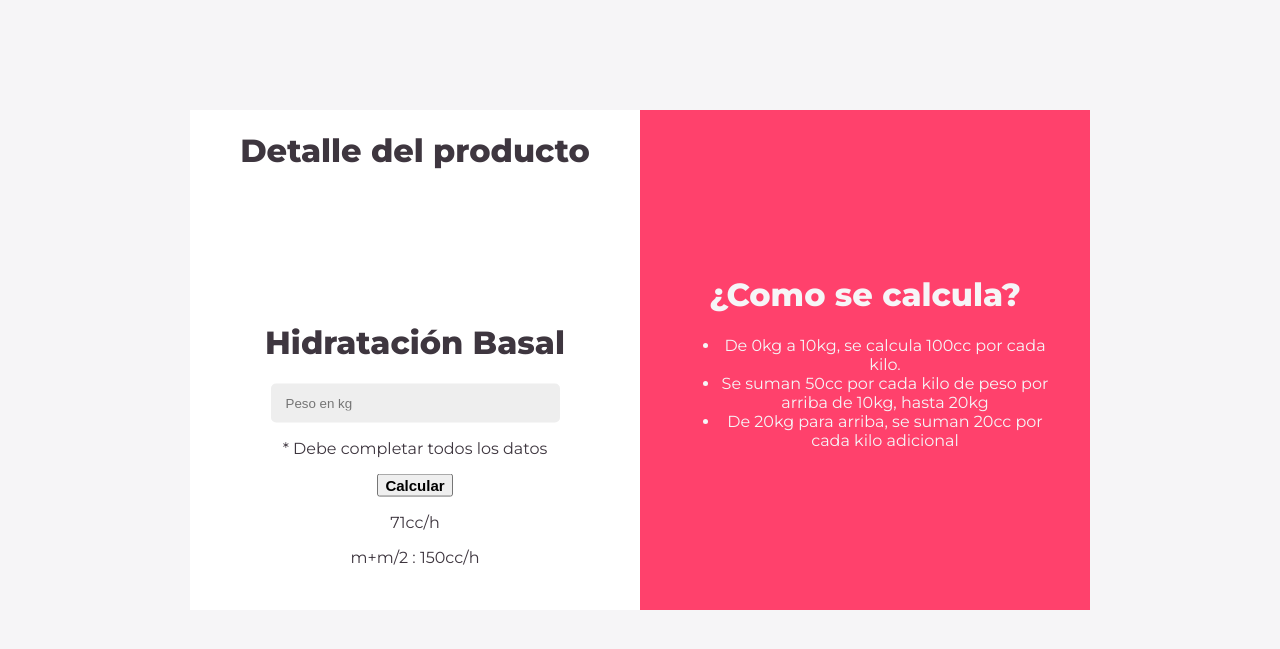
Repository: Fredy452/calculadora_basal
Page: index.html
An editor plug-in stored every save of this project. The page is shown before and after the next save, followed by the edit.
The browser window is 1280 px wide. The pictures show the whole page.

Above is the page before, as saved 2023-04-21 08:02:26.

After the next save:
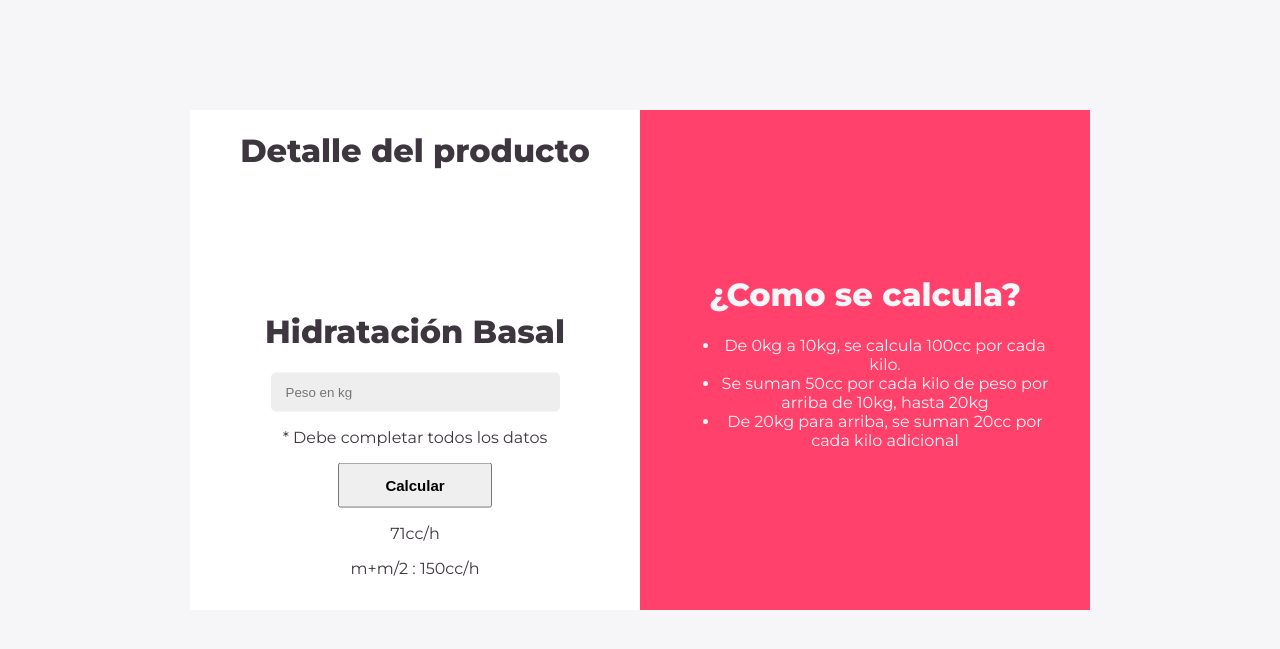
Saved 16 s later.
--- a/style.css
+++ b/style.css
@@ -51,4 +51,5 @@ input:hover{
 button{
     font-size: 15px;
     font-weight: bold;
+    padding: 12px 45px;
 }
